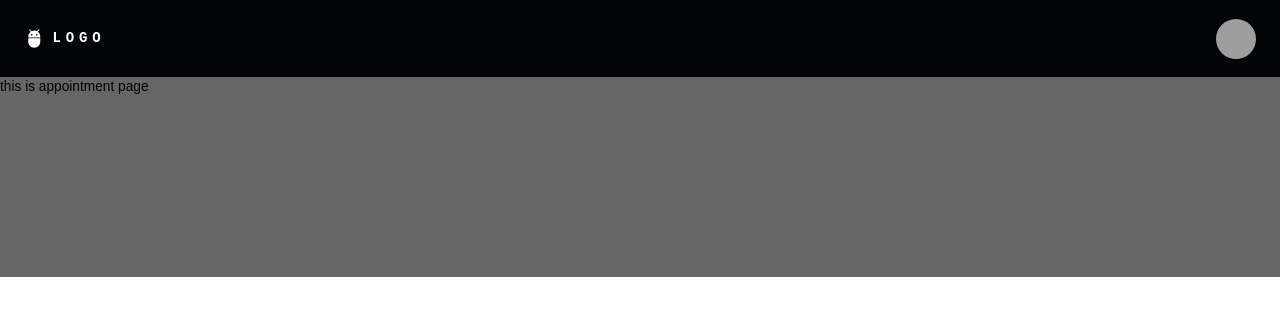
Repository: mdrubel02/health-care
Page: /appointment
An editor plug-in stored every save of this project. The page is shown before and after the next save, followed by the edit.
The browser window is 1280 px wide. The pictures show the whole page.
Pictures or frames that could not be fetched are drawn as grey boxes. The project was rebuilt for these pictures with package versions that can differ from the ones it lists, and the page was loaded fresh each time. Also part of the build but not shown: src/Pages/Home/Home.js.

Above is the page before, as saved 2022-11-14 14:05:29.

After the next save:
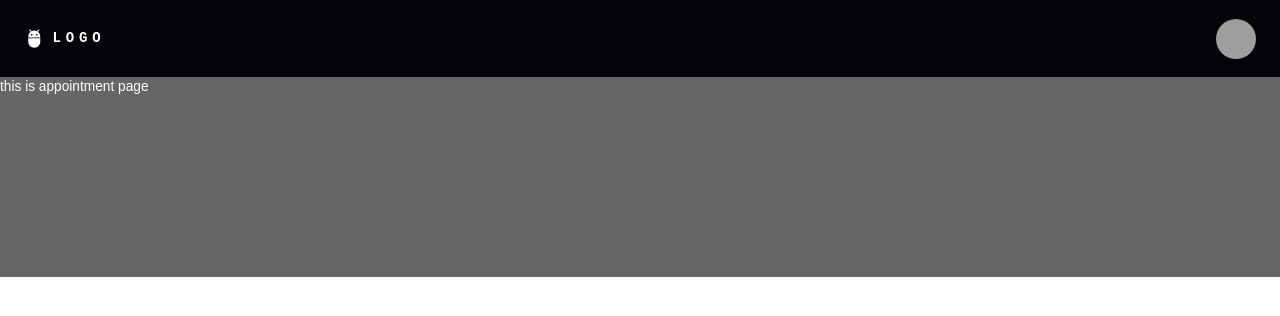
Saved 17 s later.
--- a/src/Pages/Appointment/Appointment.js
+++ b/src/Pages/Appointment/Appointment.js
@@ -9,7 +9,7 @@ const Appointment = () => {
         <Box
         sx={{ backgroundColor: `${colors.grey[500]} !important`, height: '200px'}}
         >
-            <Typography sx={{textColor: 'white'}}>this is appointment page</Typography>
+            <Typography sx={{color: 'white'}}>this is appointment page</Typography>
         </Box>
     );
 };
